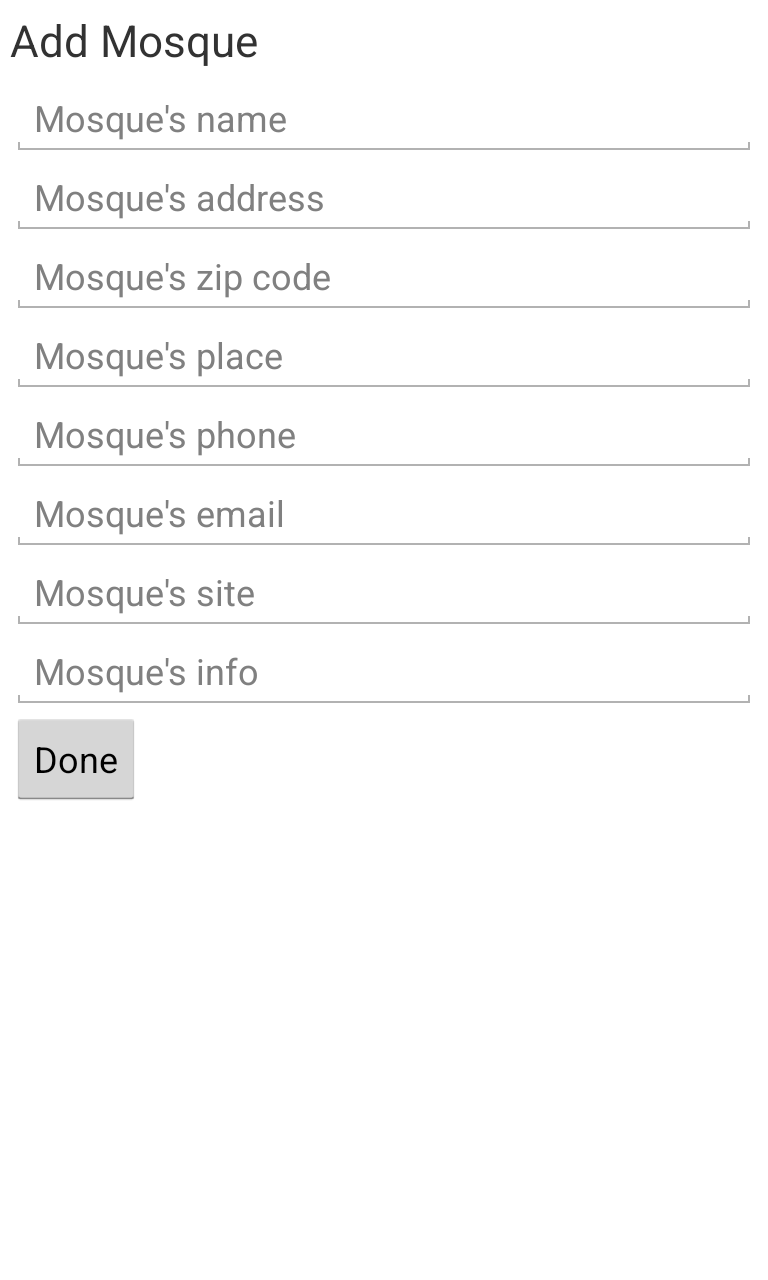
Repository: Osamah/Afstudeerwerk
Layout: NativeApp/SecondPillar/res/layout/activity_addmosque.xml
An editor plug-in stored every save of this project. The layout is shown before and after the next save, followed by the edit.
It is drawn on a 768 x 1280 px phone screen (xhdpi) without system bars, with theme AppTheme; the app's code is not run.

Above is the layout before, as saved 2013-01-05 21:16:45.

After the next save:
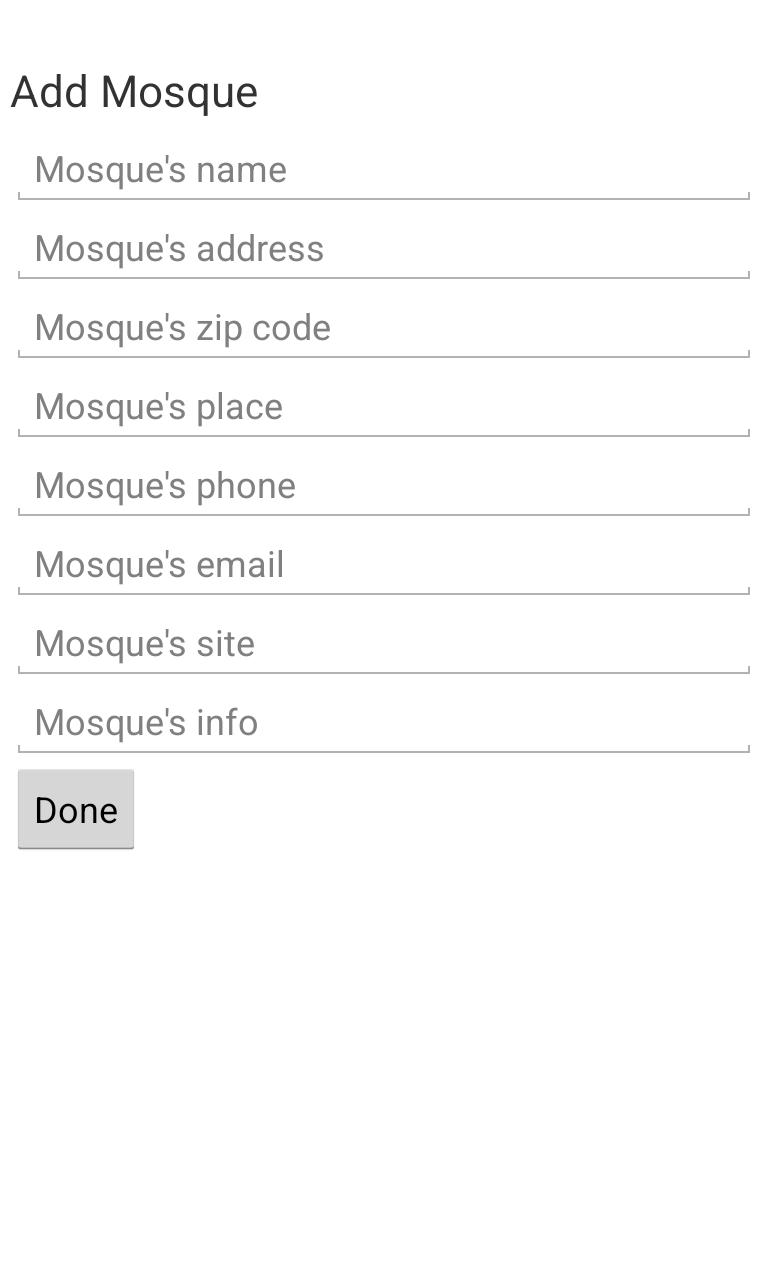
Saved 41 s later.
--- a/NativeApp/SecondPillar/res/layout/activity_addmosque.xml
+++ b/NativeApp/SecondPillar/res/layout/activity_addmosque.xml
@@ -20,7 +20,8 @@
 		    android:layout_height="wrap_content"
 		    android:text="@string/lblAddMosque"
 		    android:textSize="10pt"
-		    android:paddingBottom="5dp">
+		    android:paddingBottom="5dp"
+		    android:paddingTop="25dp">
 		</TextView>
 
         <EditText
